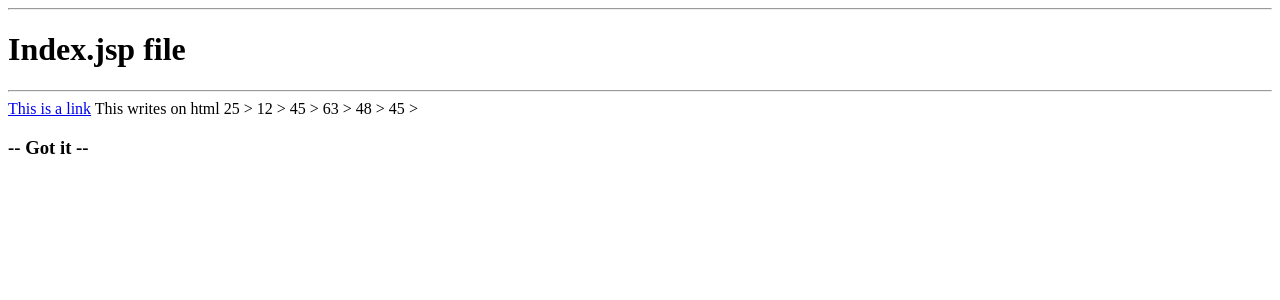
Repository: suraj-repositories/java-practice-2-advance-java-1
Page: http://localhost/Ad_09_JSPuse/
The author's editor kept a copy of each file at every save. The page is drawn from the files as they stood at one save, then again after the next save.
The browser window is 1280 px wide. The pictures show the whole page.
The page is served by Tomcat 9.

Above is the page before, as saved 2023-07-21 12:56:43.

After the next save:
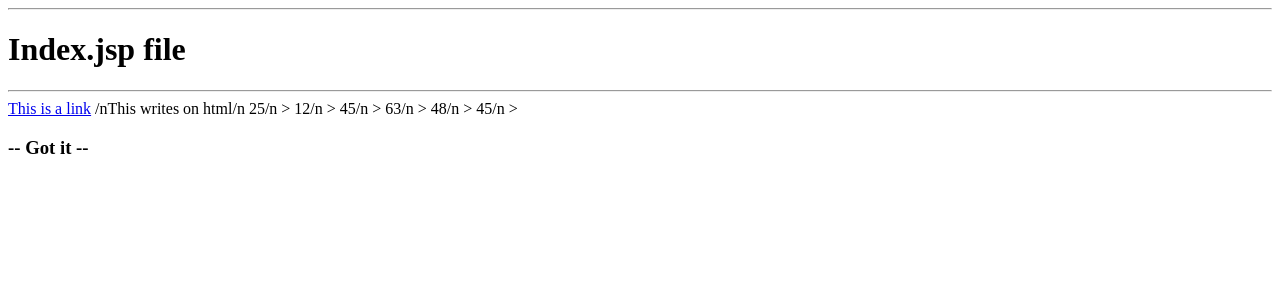
Saved 71 s later.
--- a/Ad_09_JSPuse/src/main/webapp/index.jsp
+++ b/Ad_09_JSPuse/src/main/webapp/index.jsp
@@ -26,14 +26,14 @@
 	int j=89;
 	System.out.println("sum = " +(i+j));
 
-	out.write("This writes on html");
+	out.write("/nThis writes on html/n");
 %>
 
 <%
 	int arr[] = new int[]{25,12,45,63,48,45};
 
 	for(int index : arr){%>
-		<%= index %> 		<!--  initialize -->>
+		<%= index + "/n"%> 		<!--  initialize -->>
 	<%}
 
 
